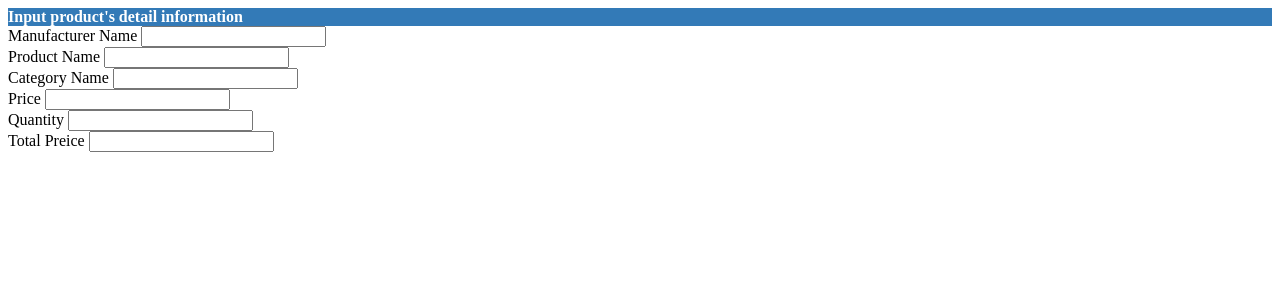
Repository: AnhDuc0125/HTML-Aptech
Page: bt2019/index.html
An editor plug-in stored every save of this project. The page is shown before and after the next save, followed by the edit.
The browser window is 1280 px wide. The pictures show the whole page.

Above is the page before, as saved 2021-11-29 20:30:12.

### bt2019/index.html
<!DOCTYPE html>
<html lang="en">
<head>
    <meta charset="UTF-8">
    <meta http-equiv="X-UA-Compatible" content="IE=edge">
    <meta name="viewport" content="width=device-width, initial-scale=1.0">
    <link rel="stylesheet" href="style.css">
    <script src="main.js"></script>
    <title>Management Product</title>
</head>
<body>
    <div class="table-input">
        <div class="header">
            Input product's detail information
        </div>
        <div class="input-form">
            <form>
                <div class="manufacturer">
                    <label for="manu">Manufacturer Name</label>
                    <input type="text" id="manu-name">
                </div>
                <div class="product">
                    <label for="product-name">Product Name</label>
                    <input type="text" id="pro-name">
                </div>
                <div class="category">
                    <label for="cate">Category Name</label>
                    <input type="text" id="cate-name">
                </div>
                <div class="price">
                    <label for="price">Price</label>
                    <input type="text" id="price">
                </div>
                <div class="quantity">
                    <label for="quantity">Quantity</label>
                    <input type="text" id="quantity">
                </div>
                <div class="total-price">
                    <label for="total-price">Total Preice</label>
                    <input type="text" id="total-price">
                </div>

            </form>
        </div>
    </div>
</body>
</html>

### bt2019/style.css
.table-input {
    border-radius: 15px;
}

.header {
    background-color: #337ab7;
    color: white;
    font-weight: bold;
}

Loaded but not shown: bt2019/main.js (no stored copy; drawn as an empty file)

After the next save:
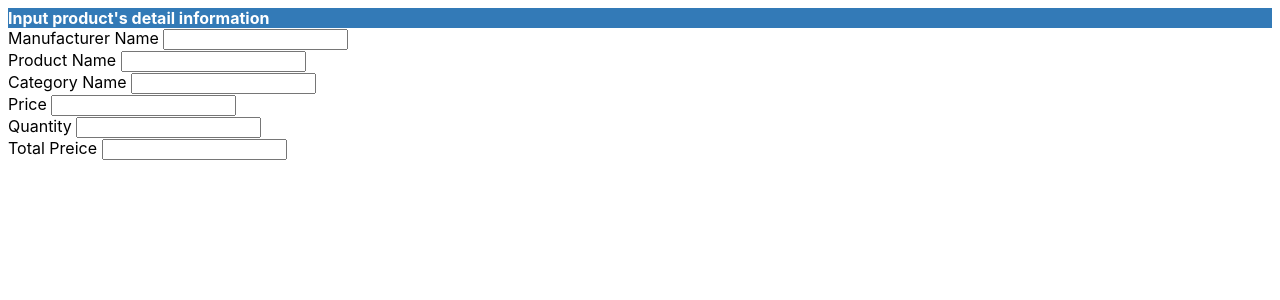
Saved 19 s later.
--- a/bt2019/style.css
+++ b/bt2019/style.css
@@ -1,3 +1,7 @@
+body {
+    font-family: -apple-system, BlinkMacSystemFont, 'Segoe UI', Roboto, Oxygen, Ubuntu, Cantarell, 'Open Sans', 'Helvetica Neue', sans-serif;
+}
+
 .table-input {
     border-radius: 15px;
 }
